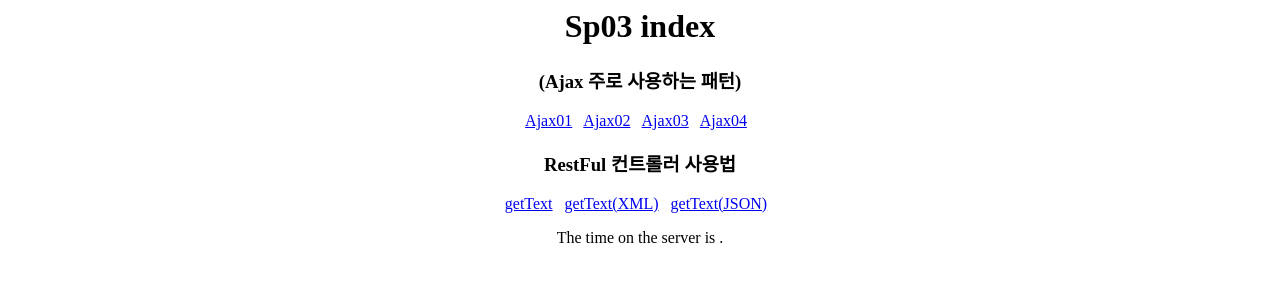
Repository: betweenhj702/Spring-practice-in-bit
Page: http://localhost/Sp03/WEB-INF/views/index.jsp
The author's editor kept a copy of each file at every save. The page is drawn from the files as they stood at one save, then again after the next save.
The browser window is 1280 px wide. The pictures show the whole page.
The page is served by Tomcat 9. Nobody is signed in. Other server files are loaded and not shown. The template is opened directly, without the code that normally fills it, so the values that code supplies are empty.

Above is the page before, as saved 2021-01-25 07:22:21.

### workspace/Sp03/src/main/webapp/WEB-INF/views/index.jsp
<%@ taglib uri="http://java.sun.com/jsp/jstl/core" prefix="c" %>
<%@ page contentType="text/html; charset=utf-8" %>
<html>
<head>
	<title>Home</title>
</head>
<body>
<div style="text-align:center">
		   <h1>Sp03 index </h1>
		   <h3>(Ajax 주로 사용하는 패턴)</h3>
		   <p>
		   		<a href="ajax/test01.do">Ajax01</a>&nbsp;&nbsp;
		   		<a href="ajax/test02.do">Ajax02</a>&nbsp;&nbsp;
		   		<a href="ajax/test03.do">Ajax03</a>&nbsp;&nbsp;
		   		<a href="ajax/test04.do">Ajax04</a>&nbsp;&nbsp;
		   </p>
		   <p>
		   		<h3>RestFul 컨트롤러 사용법</h3>
		   		<a href="rest/getText">getText</a>&nbsp;&nbsp;
		   		<a href="rest/getAddress">getText(XML)</a>&nbsp;&nbsp;
		   		<a href="rest/getAddress.json">getText(JSON)</a>&nbsp;&nbsp;
		   </p>
		   <P>  The time on the server is ${serverTime}. </P>
		</div>



</body>
</html>

After the next save:
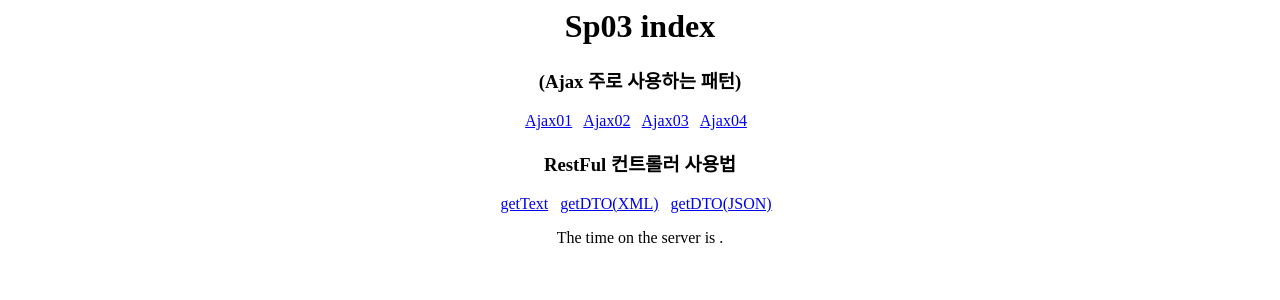
Saved 50 s later.
--- a/workspace/Sp03/src/main/webapp/WEB-INF/views/index.jsp
+++ b/workspace/Sp03/src/main/webapp/WEB-INF/views/index.jsp
@@ -17,8 +17,8 @@
 		   <p>
 		   		<h3>RestFul 컨트롤러 사용법</h3>
 		   		<a href="rest/getText">getText</a>&nbsp;&nbsp;
-		   		<a href="rest/getAddress">getText(XML)</a>&nbsp;&nbsp;
-		   		<a href="rest/getAddress.json">getText(JSON)</a>&nbsp;&nbsp;
+		   		<a href="rest/getAddress">getDTO(XML)</a>&nbsp;&nbsp;
+		   		<a href="rest/getAddress.json">getDTO(JSON)</a>&nbsp;&nbsp;
 		   </p>
 		   <P>  The time on the server is ${serverTime}. </P>
 		</div>
